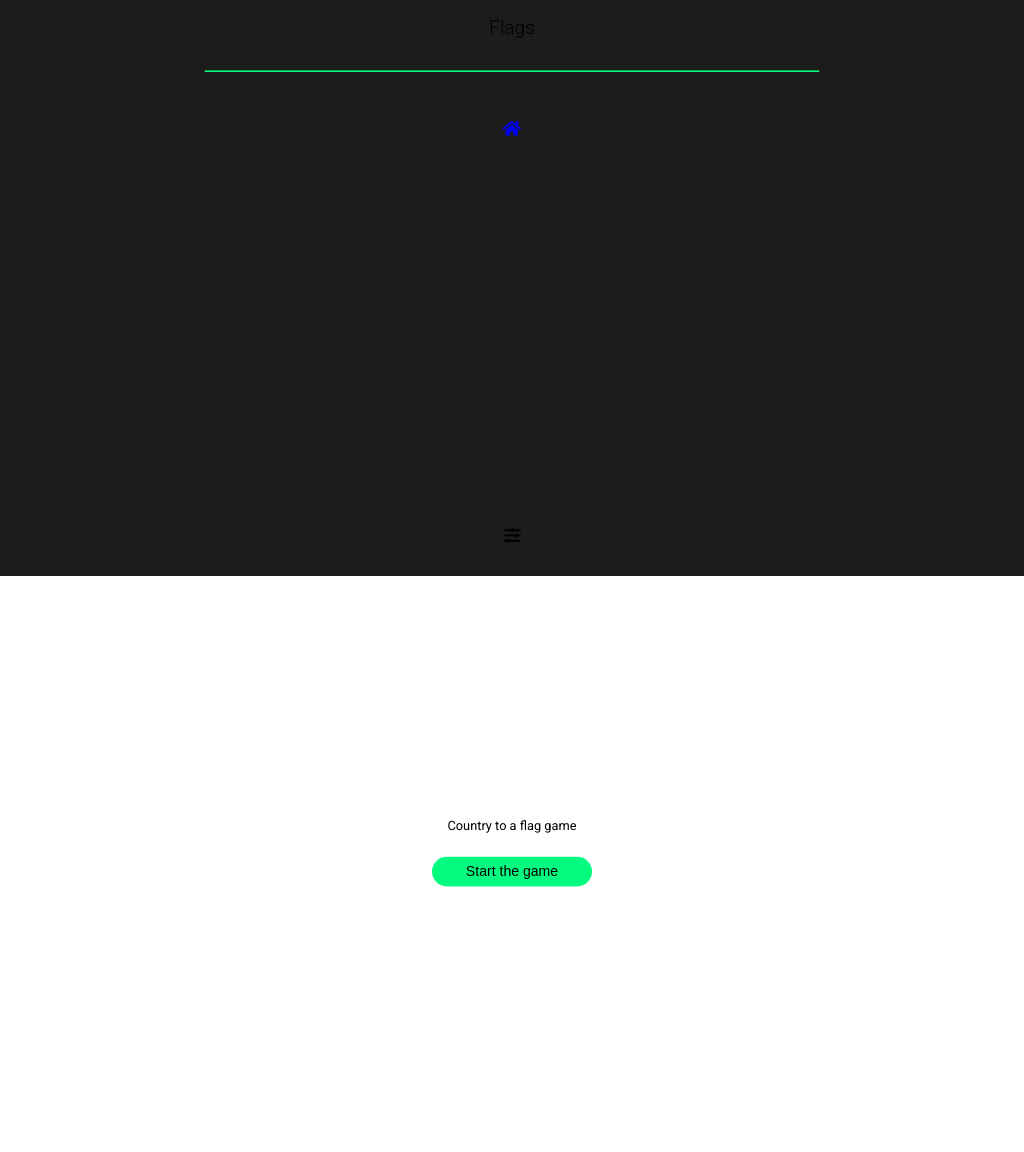
Repository: RXBVK/Flags
Page: /country-to-flag
An editor plug-in stored every save of this project. The page is shown before and after the next save, followed by the edit.
The browser window is 1280 px wide. The pictures show the whole page, at 80% of full size.
The page's requests for data from a server got no answer. The project was rebuilt for these pictures with package versions that can differ from the ones it lists, and the page was loaded fresh each time. No one was signed in, and anything a server would have sent is missing. Also part of the build but not shown: src/components/Home/Home.js.

Above is the page before, as saved 2021-06-29 18:34:01.

After the next save:
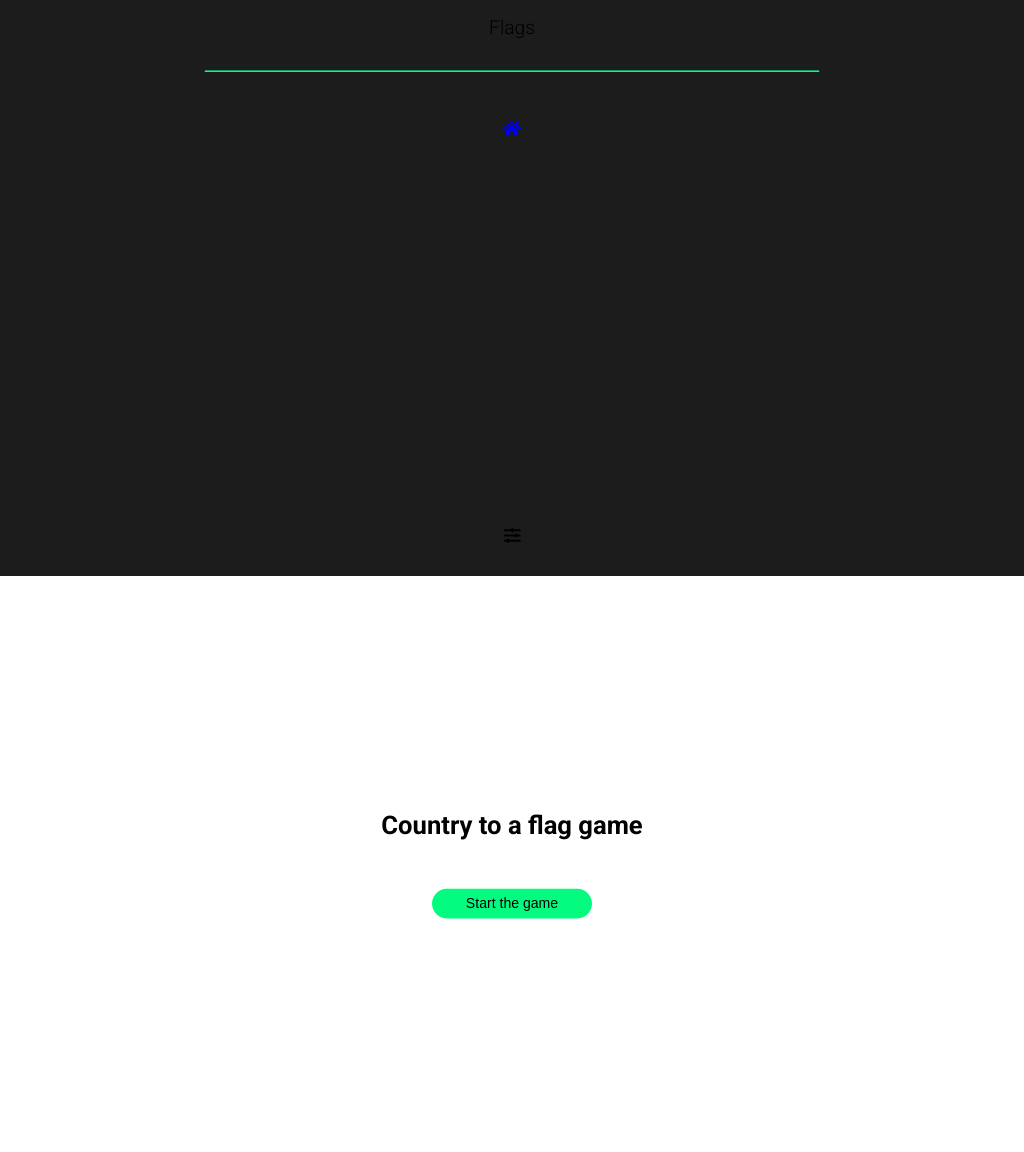
Saved 26 s later.
--- a/src/components/Games/CountryToFlag/CountryToFlag.js
+++ b/src/components/Games/CountryToFlag/CountryToFlag.js
@@ -5,7 +5,7 @@ export default function CountryToFlag() {
   const allCountries = useContext(AppContext);
   return (
     <div className="container" onClick={() => console.log(allCountries)}>
-      Country to a flag game
+      <h1>Country to a flag game</h1>
       <button className="button button--basic">Start the game</button>
     </div>
   );
